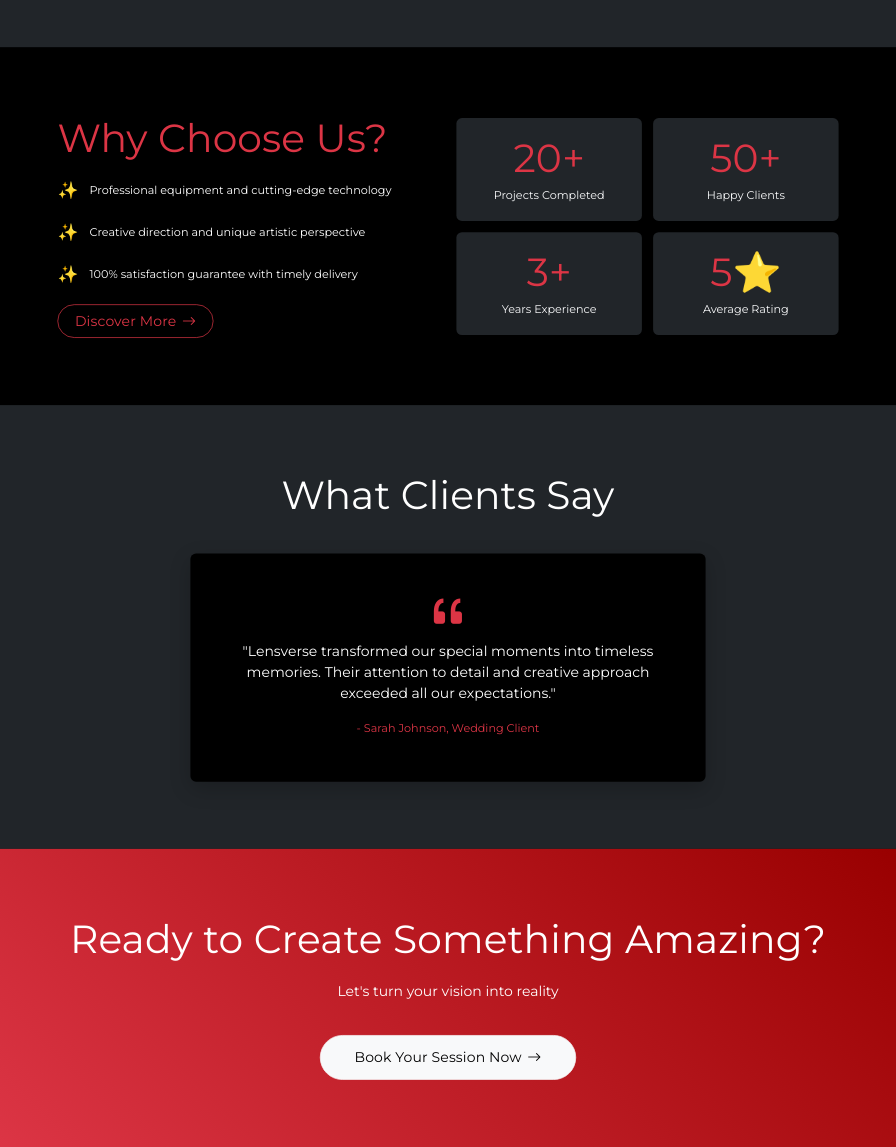
Repository: adithyakiran47/lensverseproject
Page: / (app in lensverse-client/)
These files come from the project's save history. The page is drawn as it stood at one moment and after the next save; the edit follows.
The browser window is 1280 px wide. The pictures show the part of the page from y = 1264 to 3184 px (the page is 2903 px tall before and 3184 px after), at 70% of full size.
The project was rebuilt for these pictures with package versions that can differ from the ones it lists, and the page was loaded fresh each time. Also part of the build but not shown: lensverse-client/src/pages/Portfolio.js, lensverse-client/src/utils/api.js, lensverse-client/src/pages/Booking.js, lensverse-client/src/pages/About.css, lensverse-client/src/pages/About.js, lensverse-client/src/pages/AdminLogin.js, lensverse-client/src/pages/AdminDashboard.js. Imported but missing from the stored project, and not drawn on this page: lensverse-client/src/reportWebVitals.

Above is the page before, as saved 2025-11-04 12:43:38.

After the next save:
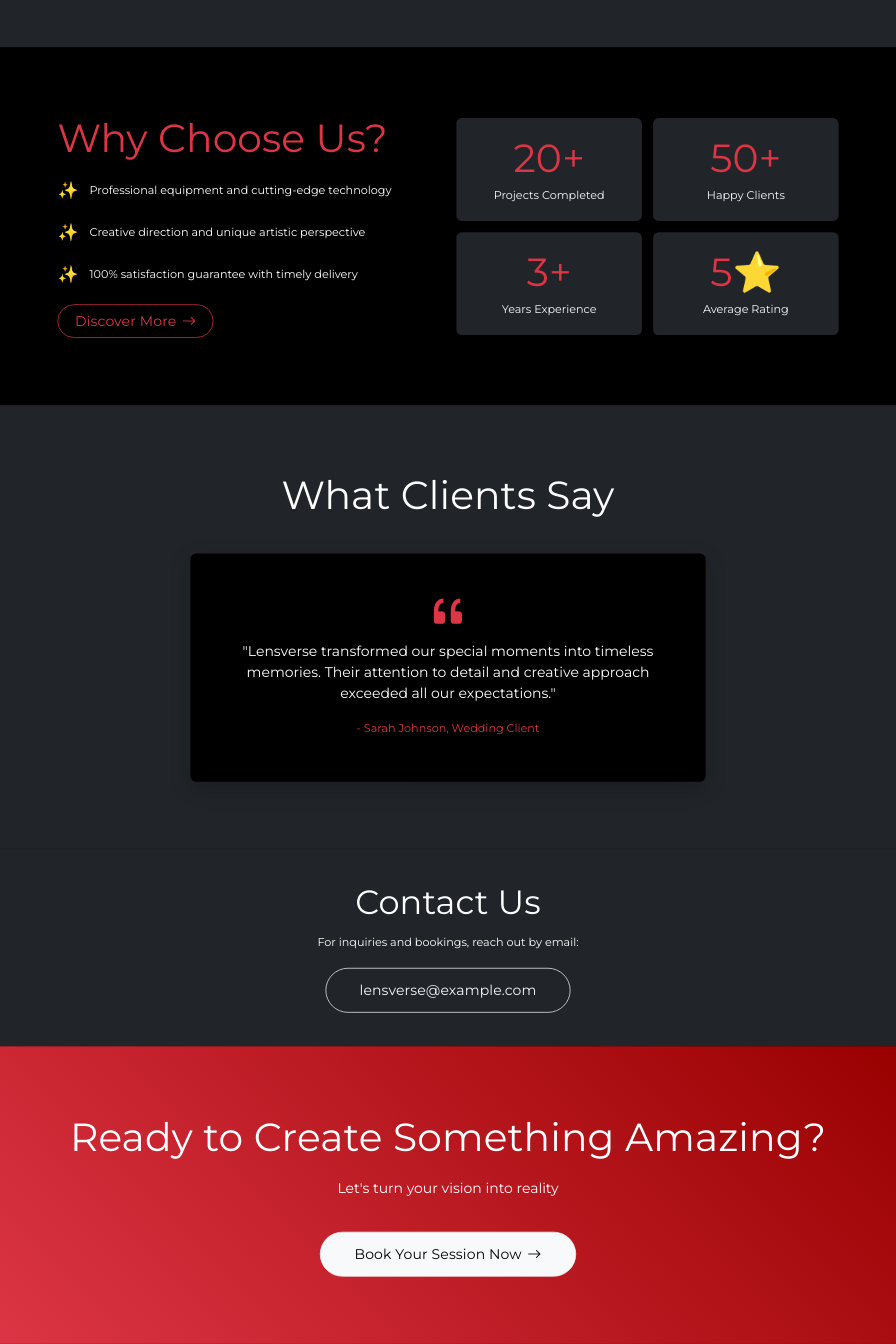
Saved 4 min 10 s later.
--- a/lensverse-client/src/pages/Home.js
+++ b/lensverse-client/src/pages/Home.js
@@ -134,6 +134,22 @@ const Home = () => {
         </div>
       </div>
 
+      {/* Contact Section by Email */}
+<div className="contact-section bg-dark text-white py-5">
+  <div className="container text-center">
+    <h2 className="display-5 mb-3">Contact Us</h2>
+    <p className="mb-4">For inquiries and bookings, reach out by email:</p>
+    <a
+      href="mailto:lensverse@example.com"
+      className="btn btn-outline-light btn-lg px-5 py-3 rounded-pill"
+      style={{ textDecoration: "none" }}
+    >
+      lensverse@example.com
+    </a>
+  </div>
+</div>
+
+
       {/* Call to Action Section */}
       <div className="cta-section position-relative py-6 overflow-hidden">
         <div className="container text-center position-relative z-1" data-aos="zoom-in">
